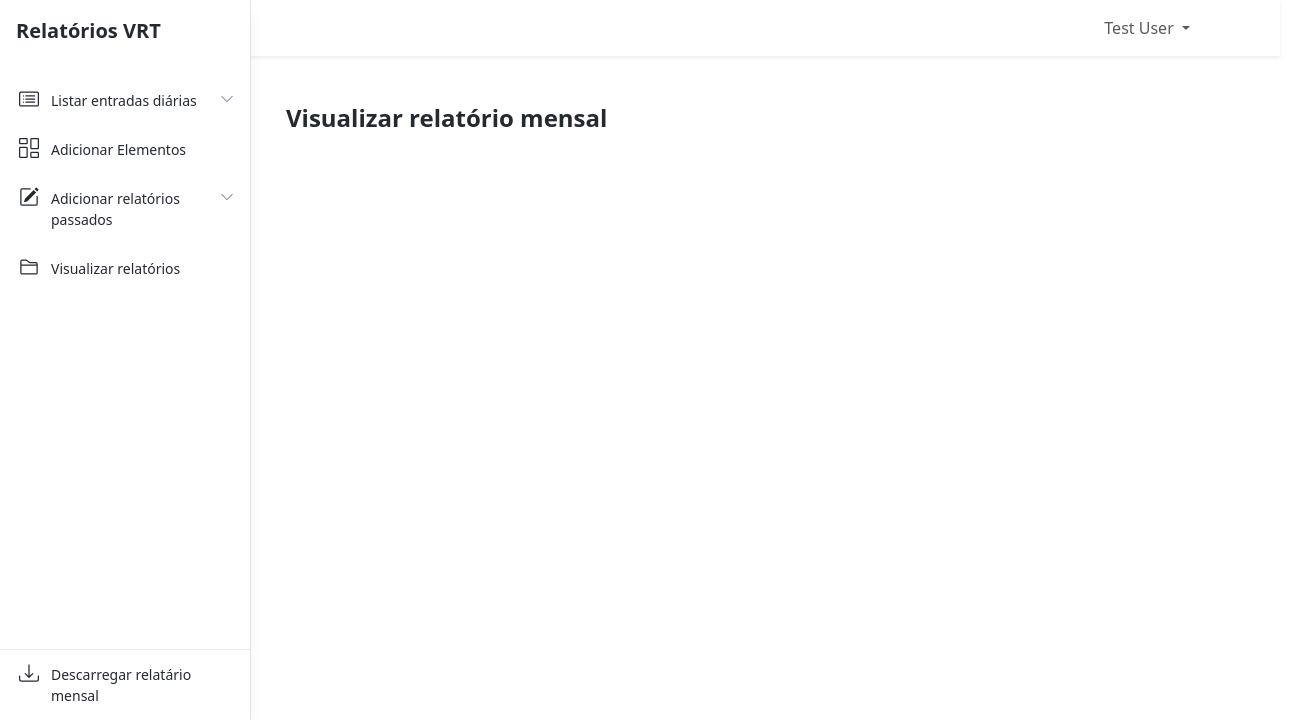
Repository: Yolanda-Marchone/Relatorios
Page: http://localhost/ver_relatorio
The author's editor kept a copy of each file at every save. The page is drawn from the files as they stood at one save, then again after a run of saves.
The browser window is 1280 px wide. The page is 1292 px wide, so the pictures cover 1292 px, including what lies to the right of the window. The pictures show the whole page.
The page is served by the project's Laravel application, run on PHP 8.4 with Laravel 10. A made-up administrator, Test User (test@example.com), is signed in. Other server files are loaded and not shown. Style sheets and scripts are compiled from the project's sources, by tool versions that may differ from the author's.

Above is the page before, as saved 2024-05-23 11:30:31.

### routes/web.php
<?php

use App\Models\Categorias;
use App\Models\Mes;
use App\Models\Rela_plataforma;
use App\Models\Relatorio_mensal;
use App\Models\User;
use Barryvdh\DomPDF\Facade\Pdf;
use GuzzleHttp\Psr7\Request;
use Illuminate\Support\Facades\Route;
use Dompdf\Dompdf;
use Dompdf\Options;

/*
|--------------------------------------------------------------------------
| Web Routes
|--------------------------------------------------------------------------
|
| Here is where you can register web routes for your application. These
| routes are loaded by the RouteServiceProvider and all of them will
| be assigned to the "web" middleware group. Make something great!
|
*/

Route::get('/', function () {
    return view('welcome');
});




Auth::routes();

Route::get('/home', [App\Http\Controllers\PlataformaController::class, 'exibir_dados_plataforma'])->name('layouts/plataforma')->middleware('auth');

Route::get('/lista_plataforma', [App\Http\Controllers\PlataformaController::class, 'exibir_dados_plataforma'])->name('layouts/plataforma')->middleware('auth');

Route::get('/lista_atividades', [App\Http\Controllers\AtividadesController::class, 'exibir_dados_atividade'])->name('layouts/atividade')->middleware('auth');

Route::get('/atividades', [App\Http\Controllers\AtividadesController::class, 'exibir_dados'])->name('layouts/cadastraratividade')->middleware('auth');

Route::get('/plataforma', [App\Http\Controllers\PlataformaController::class, 'exibir_dados'])->name('layouts/cadastrarplataforma')->middleware('auth');

Route::post('/submeter_plataformas', [App\Http\Controllers\PlataformaController::class, 'criar_relatorio_plataforma'])->name('layouts/plataforma');

Route::post('/submeter_atividades', [\App\Http\Controllers\AtividadesController::class, 'criar_relatorio_atividade'])->name('layouts/atividades');

Route::get('/gerarpdf', [\App\Http\Controllers\AtividadesController::class, 'download']);

Route::get('/selecionarmes', [\App\Http\Controllers\AtividadesController::class, 'selectmes'])->name('layouts/pdfatividades');

Route::get('/testeview', [App\Http\Controllers\AtividadesController::class, 'teste'])->name('layouts/relatorio_PDF')->middleware('auth');

Route::get('/ver_relatorio', [App\Http\Controllers\PlataformaController::class, 'ver_relatorio'])->name('layouts/ver_relatorio')->middleware('auth');

Route::get('/pdf', [App\Http\Controllers\PlataformaController::class, 'pdf']);

Route::get('/adicionar', [App\Http\Controllers\PlataformaController::class, 'adicionar_elementos'])->name('layouts/adicionar_elementos')->middleware('auth');

Route::post('/submeter_categoria', [App\Http\Controllers\PlataformaController::class, 'criar_categoria'])->name('layouts/plataforma');

Route::post('/submeter_plataforma', [App\Http\Controllers\PlataformaController::class, 'criar_plataforma'])->name('layouts/plataforma');

Route::post('/submeter_estado', [\App\Http\Controllers\AtividadesController::class, 'criar_estado'])->name('layouts/atividades');

Route::post('/submeter_solicitante', [\App\Http\Controllers\AtividadesController::class, 'criar_solicitante'])->name('layouts/atividades');

Route::get('/editar_atividades/{id}', [\App\Http\Controllers\AtividadesController::class, 'editarAtividade'])->name('layouts/editaratividades');

Route::put('/salvar_atividades/{id}', [\App\Http\Controllers\AtividadesController::class, 'editar_atividade'])->name('layouts/atividades');

Route::delete('/apagar_atividades/{id}', [\App\Http\Controllers\AtividadesController::class, 'excluir_atividade'])->name('layouts/atividades');

Route::get('/editar_plataforma/{id}', [\App\Http\Controllers\PlataformaController::class, 'editarPlataforma'])->name('layouts/editarplataforma');

Route::put('/salvar_plataforma/{id}', [\App\Http\Controllers\PlataformaController::class, 'editar_plataforma'])->name('layouts/plataforma');

Route::delete('/apagar_plataforma/{id}', [\App\Http\Controllers\PlataformaController::class, 'excluir_plataforma'])->name('layouts/plataforma');


Route:: get ('/3', function(){
$pdf= Pdf::loadView('layouts\teste');
return $pdf->download('teste.pdf');

});




Route::get('/gerar-pdf', function () {
    // Cria uma instância do Dompdf com opções padrão
    $dompdf= new Dompdf ();


    // Renderiza a view em HTML
    $html = view('layouts\teste')->render();

    // Carrega o HTML no Dompdf
    $dompdf->loadHtml($html);

    // Define o tamanho do papel e a orientação
    $dompdf->setPaper('A4', 'portrait');

    // Renderiza o PDF
    $dompdf->render();

    // Saída do PDF
    return $dompdf->stream('relatorio.pdf');
});

### app/Models/User.php
<?php

namespace App\Models;

// use Illuminate\Contracts\Auth\MustVerifyEmail;
use Illuminate\Database\Eloquent\Factories\HasFactory;
use Illuminate\Foundation\Auth\User as Authenticatable;
use Illuminate\Notifications\Notifiable;
use Laravel\Sanctum\HasApiTokens;

class User extends Authenticatable
{
    use HasApiTokens, HasFactory, Notifiable;

    /**
     * The attributes that are mass assignable.
     *
     * @var array<int, string>
     */
    protected $fillable = [
        'name',
        'email',
        'password',
    ];

    /**
     * The attributes that should be hidden for serialization.
     *
     * @var array<int, string>
     */
    protected $hidden = [
        'password',
        'remember_token',
    ];

    /**
     * The attributes that should be cast.
     *
     * @var array<string, string>
     */
    protected $casts = [
        'email_verified_at' => 'datetime',
        'password' => 'hashed',
    ];



    public function relatorio_mensal()
    {
        return $this->hasMany(Relatorio_mensal::class);

    }


}

### resources/views/layouts/ver_relatorios.blade.php
@extends('layouts.app')

@section('content')


<div class="row justify-content-center">
    <div class="col-md-12">
        <div class="app-wrapper">

            <div class="app-content pt-3 p-md-3 p-lg-4">
                <div class="container-xl">

                <div class="row g-3 mb-4 align-items-center justify-content-between">
                        <div class="col-auto">
                            <h1 class="app-page-title mb-0">Visualizar relatório mensal</h1>
                        </div>
                </div>
                </div>
            </div>
        </div>
    </div>
</div>

@endsection

### resources/views/layouts/app.blade.php
<!doctype html>
<html lang="{{ str_replace('_', '-', app()->getLocale()) }}">
<head>
    <meta charset="utf-8">
    <meta name="viewport" content="width=device-width, initial-scale=1">

    <!-- CSRF Token -->
    <meta name="csrf-token" content="{{ csrf_token() }}">

    <title>Relatórios</title>

    <!-- Fonts -->
    <link rel="dns-prefetch" href="//fonts.bunny.net">
    <script defer src="resources/js/all.min.js"></script>
    <link id="theme-style" rel="stylesheet" href="resources/css/ap.css">

    <!-- Scripts -->
@vite(['resources/css/ap.css', 'resources/js/app.js'])

</head>
<body>
    <div id="app">

        <nav class="navbar navbar-expand-md navbar-light bg-white shadow-sm">
            <div class="container">
                <a class="navbar-brand" href="{{ url('/') }}">

                </a>
                <button class="navbar-toggler" type="button" data-bs-toggle="collapse" data-bs-target="#navbarSupportedContent" aria-controls="navbarSupportedContent" aria-expanded="false" aria-label="{{ __('Toggle navigation') }}">
                    <span class="navbar-toggler-icon"></span>
                </button>

                <div class="collapse navbar-collapse" id="navbarSupportedContent">
                    <!-- Left Side Of Navbar -->
                    <ul class="navbar-nav me-auto">

                    </ul>

                    <!-- Right Side Of Navbar -->
                    <ul class="navbar-nav ms-auto">
                        <!-- Authentication Links -->
                        @guest
                            @if (Route::has('login'))
                                <li class="nav-item">
                                    <a class="nav-link" href="{{ route('login') }}">{{ __('Entrar') }}</a>
                                </li>
                            @endif

                            @if (Route::has('register'))
                                <li class="nav-item">
                                    <a class="nav-link" href="{{ route('register') }}">{{ __('Cadastrar') }}</a>
                                </li>
                            @endif
                        @else
                            <li class="nav-item dropdown">
                                <a id="navbarDropdown" class="nav-link dropdown-toggle" href="#" role="button" data-bs-toggle="dropdown" aria-haspopup="true" aria-expanded="false" v-pre>
                                    {{ Auth::user()->name }}
                                </a>

                                <div class="dropdown-menu dropdown-menu-end" aria-labelledby="navbarDropdown">
                                    <a class="dropdown-item" href="{{ route('logout') }}"
                                       onclick="event.preventDefault();
                                                     document.getElementById('logout-form').submit();">
                                        {{ __('Sair') }}
                                    </a>

                                    <form id="logout-form" action="{{ route('logout') }}" method="POST" class="d-none">
                                        @csrf
                                    </form>
                                </div>
                            </li>
                        @endguest
                    </ul>
                </div>
            </div>

        </nav>


        <div id="app-sidepanel" class="app-sidepanel">
	        <div id="sidepanel-drop" class="sidepanel-drop"></div>
	        <div class="sidepanel-inner d-flex flex-column">
		        <a href="#" id="sidepanel-close" class="sidepanel-close d-xl-none">&times;</a>
		        <div class="app-branding">
		            <a class="app-logo" href="{{ url('/') }}"><span class="logo-text">Relatórios VRT</span></a>

		        </div><!--//app-branding-->


			    <nav id="app-nav-main" class="app-nav app-nav-main flex-grow-1">
				    <ul class="app-menu list-unstyled accordion" id="menu-accordion">

                    <li class="nav-item has-submenu">
					        <!--//Bootstrap Icons: https://icons.getbootstrap.com/ -->
					        <a class="nav-link submenu-toggle" href="#" data-bs-toggle="collapse" data-bs-target="#submenu-1" aria-expanded="false" aria-controls="submenu-1">
						        <span class="nav-icon">
                                <svg width="1em" height="1em" viewBox="0 0 16 16" class="bi bi-card-list" fill="currentColor" xmlns="http://www.w3.org/2000/svg">
  <path fill-rule="evenodd" d="M14.5 3h-13a.5.5 0 0 0-.5.5v9a.5.5 0 0 0 .5.5h13a.5.5 0 0 0 .5-.5v-9a.5.5 0 0 0-.5-.5zm-13-1A1.5 1.5 0 0 0 0 3.5v9A1.5 1.5 0 0 0 1.5 14h13a1.5 1.5 0 0 0 1.5-1.5v-9A1.5 1.5 0 0 0 14.5 2h-13z"/>
  <path fill-rule="evenodd" d="M5 8a.5.5 0 0 1 .5-.5h7a.5.5 0 0 1 0 1h-7A.5.5 0 0 1 5 8zm0-2.5a.5.5 0 0 1 .5-.5h7a.5.5 0 0 1 0 1h-7a.5.5 0 0 1-.5-.5zm0 5a.5.5 0 0 1 .5-.5h7a.5.5 0 0 1 0 1h-7a.5.5 0 0 1-.5-.5z"/>
  <circle cx="3.5" cy="5.5" r=".5"/>
  <circle cx="3.5" cy="8" r=".5"/>
  <circle cx="3.5" cy="10.5" r=".5"/></svg>
						         </span>
                                 <span class="nav-link-text">Listar entradas diárias</span>
		                         <span class="submenu-arrow">
		                             <svg width="1em" height="1em" viewBox="0 0 16 16" class="bi bi-chevron-down" fill="currentColor" xmlns="http://www.w3.org/2000/svg">
	  <path fill-rule="evenodd" d="M1.646 4.646a.5.5 0 0 1 .708 0L8 10.293l5.646-5.647a.5.5 0 0 1 .708.708l-6 6a.5.5 0 0 1-.708 0l-6-6a.5.5 0 0 1 0-.708z"/>
	</svg>
					        </a><!--//nav-link-->
					        <div id="submenu-1" class="collapse submenu submenu-1" data-bs-parent="#menu-accordion">
						        <ul class="submenu-list list-unstyled">
                                <li class="submenu-item"><a class="submenu-link" href="{{ url('/lista_atividades') }}">Atividades</a></li>
							    <li class="submenu-item"><a class="submenu-link" href="{{ url('/lista_plataforma') }}">Plataforma</a></li>
						        </ul>
					        </div>
					    </li>

                        <li class="nav-item">
					        <!--//Bootstrap Icons: https://icons.getbootstrap.com/ -->
					        <a class="nav-link" href="{{ url('/adicionar') }}">
						        <span class="nav-icon">
                                <svg width="1em" height="1em" viewBox="0 0 16 16" class="bi bi-columns-gap" fill="currentColor" xmlns="http://www.w3.org/2000/svg">
	  <path fill-rule="evenodd" d="M6 1H1v3h5V1zM1 0a1 1 0 0 0-1 1v3a1 1 0 0 0 1 1h5a1 1 0 0 0 1-1V1a1 1 0 0 0-1-1H1zm14 12h-5v3h5v-3zm-5-1a1 1 0 0 0-1 1v3a1 1 0 0 0 1 1h5a1 1 0 0 0 1-1v-3a1 1 0 0 0-1-1h-5zM6 8H1v7h5V8zM1 7a1 1 0 0 0-1 1v7a1 1 0 0 0 1 1h5a1 1 0 0 0 1-1V8a1 1 0 0 0-1-1H1zm14-6h-5v7h5V1zm-5-1a1 1 0 0 0-1 1v7a1 1 0 0 0 1 1h5a1 1 0 0 0 1-1V1a1 1 0 0 0-1-1h-5z"/>
	</svg>

</svg>
						         </span>
		                         <span class="nav-link-text">Adicionar Elementos</span>

					        </a><!--//nav-link-->
					    </li><!--//nav-item-->
					    <li class="nav-item has-submenu">

					        <a class="nav-link submenu-toggle" href="#" data-bs-toggle="collapse" data-bs-target="#submenu-2" aria-expanded="false" aria-controls="submenu-2">
						        <span class="nav-icon">
                                <svg xmlns="http://www.w3.org/2000/svg" width="16" height="16" fill="currentColor" class="bi bi-pencil-square" viewBox="0 0 16 16">
  <path d="M15.502 1.94a.5.5 0 0 1 0 .706L14.459 3.69l-2-2L13.502.646a.5.5 0 0 1 .707 0l1.293 1.293zm-1.75 2.456-2-2L4.939 9.21a.5.5 0 0 0-.121.196l-.805 2.414a.25.25 0 0 0 .316.316l2.414-.805a.5.5 0 0 0 .196-.12l6.813-6.814z"/>
  <path fill-rule="evenodd" d="M1 13.5A1.5 1.5 0 0 0 2.5 15h11a1.5 1.5 0 0 0 1.5-1.5v-6a.5.5 0 0 0-1 0v6a.5.5 0 0 1-.5.5h-11a.5.5 0 0 1-.5-.5v-11a.5.5 0 0 1 .5-.5H9a.5.5 0 0 0 0-1H2.5A1.5 1.5 0 0 0 1 2.5z"/>
</svg>
						         </span>
		                         <span class="nav-link-text">Adicionar relatórios passados</span>
		                         <span class="submenu-arrow">
		                             <svg width="1em" height="1em" viewBox="0 0 16 16" class="bi bi-chevron-down" fill="currentColor" xmlns="http://www.w3.org/2000/svg">
	  <path fill-rule="evenodd" d="M1.646 4.646a.5.5 0 0 1 .708 0L8 10.293l5.646-5.647a.5.5 0 0 1 .708.708l-6 6a.5.5 0 0 1-.708 0l-6-6a.5.5 0 0 1 0-.708z"/>
	</svg>
	                             </span>
					        </a>
					        <div id="submenu-2" class="collapse submenu submenu-2" data-bs-parent="#menu-accordion">
						        <ul class="submenu-list list-unstyled">
                                <li class="submenu-item"><a class="submenu-link" href="{{ url('/lista_atividades') }}">Atividades</a></li>
							    <li class="submenu-item"><a class="submenu-link" href="{{ url('/lista_plataforma') }}">Plataforma</a></li>
						        </ul>
					        </div>
					    </li><!--//nav-item-->



                              <li class="nav-item">
					        <!--//Bootstrap Icons: https://icons.getbootstrap.com/ -->
					        <a class="nav-link" href="{{ url('/ver_relatorio') }}">
						        <span class="nav-icon">
                                <svg xmlns="http://www.w3.org/2000/svg" width="16" height="16" fill="currentColor" class="bi bi-folder2" viewBox="0 0 16 16">
  <path d="M1 3.5A1.5 1.5 0 0 1 2.5 2h2.764c.958 0 1.76.56 2.311 1.184C7.985 3.648 8.48 4 9 4h4.5A1.5 1.5 0 0 1 15 5.5v7a1.5 1.5 0 0 1-1.5 1.5h-11A1.5 1.5 0 0 1 1 12.5zM2.5 3a.5.5 0 0 0-.5.5V6h12v-.5a.5.5 0 0 0-.5-.5H9c-.964 0-1.71-.629-2.174-1.154C6.374 3.334 5.82 3 5.264 3zM14 7H2v5.5a.5.5 0 0 0 .5.5h11a.5.5 0 0 0 .5-.5z"/>
</svg>

						         </span>

                                 <span class="nav-link-text">Visualizar relatórios</span>
					        </a><!--//nav-link-->
					    </li><!--//nav-item-->



					        </a><!--//nav-link-->
					    </li><!--//nav-item-->
				    </ul><!--//app-menu-->
			    </nav><!--//app-nav-->



			    <div class="app-sidepanel-footer">
				    <nav class="app-nav app-nav-footer">
					    <ul class="app-menu footer-menu list-unstyled">
						   <li class="nav-item">
						        <!--//Bootstrap Icons: https://icons.getbootstrap.com/ -->
						        <a class="nav-link" href="/lista_plataforma">
							        <span class="nav-icon">
							            <svg width="1em" height="1em" viewBox="0 0 16 16" class="bi bi-download" fill="currentColor" xmlns="http://www.w3.org/2000/svg">
	  <path fill-rule="evenodd" d="M.5 9.9a.5.5 0 0 1 .5.5v2.5a1 1 0 0 0 1 1h12a1 1 0 0 0 1-1v-2.5a.5.5 0 0 1 1 0v2.5a2 2 0 0 1-2 2H2a2 2 0 0 1-2-2v-2.5a.5.5 0 0 1 .5-.5z"/>
	  <path fill-rule="evenodd" d="M7.646 11.854a.5.5 0 0 0 .708 0l3-3a.5.5 0 0 0-.708-.708L8.5 10.293V1.5a.5.5 0 0 0-1 0v8.793L5.354 8.146a.5.5 0 1 0-.708.708l3 3z"/>
	</svg>
							        </span>
			                        <span class="nav-link-text">Descarregar relatário mensal</span>
						        </a><!--//nav-link-->
						    </li><!--//nav-item-->


					    </ul><!--//footer-menu-->
				    </nav>
			    </div><!--//app-sidepanel-footer-->

	        </div><!--//sidepanel-inner-->
	    </div><!--//app-sidepanel-->

        <main class="py-4">
            @yield('content')
        </main>
    </div>
</body>
</html>

Loaded but not shown: app/Http/Controllers/Auth/ConfirmPasswordController.php (common file); app/Http/Controllers/Controller.php (common file); resources/css/ap.css (library); app/Http/Controllers/PlataformaController.php (434 lines, source omitted)

After the next 2 saves:
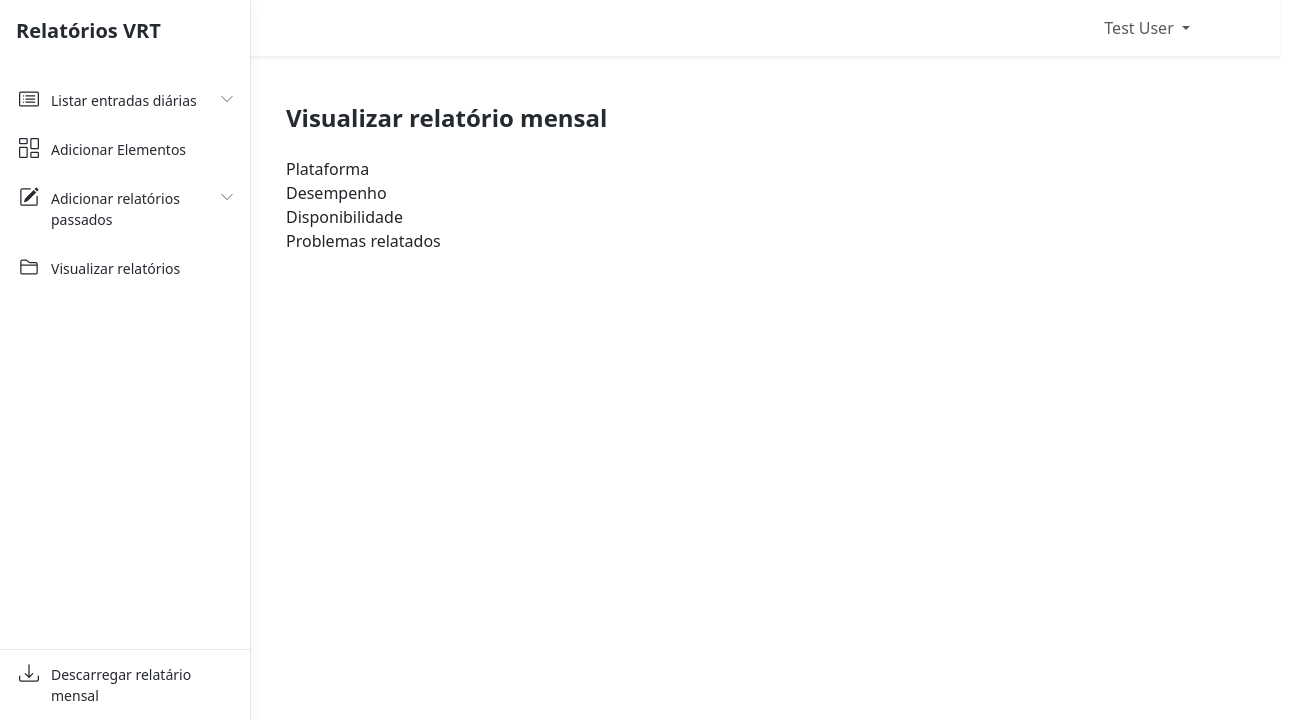
The 2 saves are shown as one change because they came seconds apart.
The last was saved 3 min 31 s later.
--- a/resources/views/layouts/ver_relatorios.blade.php
+++ b/resources/views/layouts/ver_relatorios.blade.php
@@ -15,6 +15,16 @@
                             <h1 class="app-page-title mb-0">Visualizar relatório mensal</h1>
                         </div>
                 </div>
+
+
+    <div class="table-desktop">
+        <div class="table-row">
+            <div class="table-cell">Plataforma</div>
+            <div class="table-cell">Desempenho</div>
+            <div class="table-cell">Disponibilidade</div>
+            <div class="table-cell">Problemas relatados</div>
+        </div>
+    </div>
                 </div>
             </div>
         </div>
